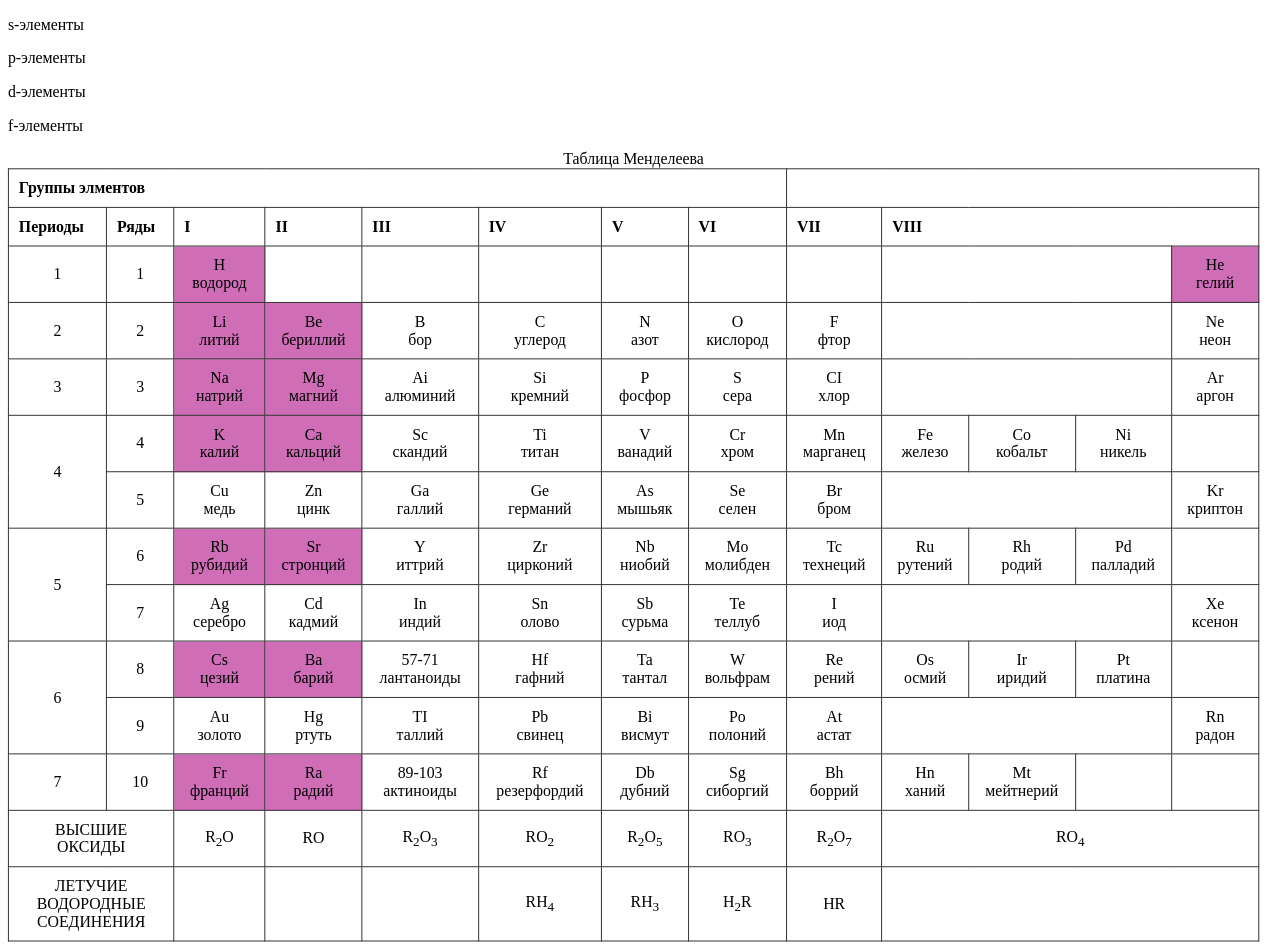
Repository: sannikovcode/exercises-a1
Page: JS/websites/01-periodic table/index.html
These files come from the project's save history. The page is drawn as it stood at one moment and after the next save; the edit follows.
The browser window is 1280 px wide. The pictures show the whole page, at 99% of full size.

Above is the page before, as saved 2025-10-18 14:56:57.

After the next save:
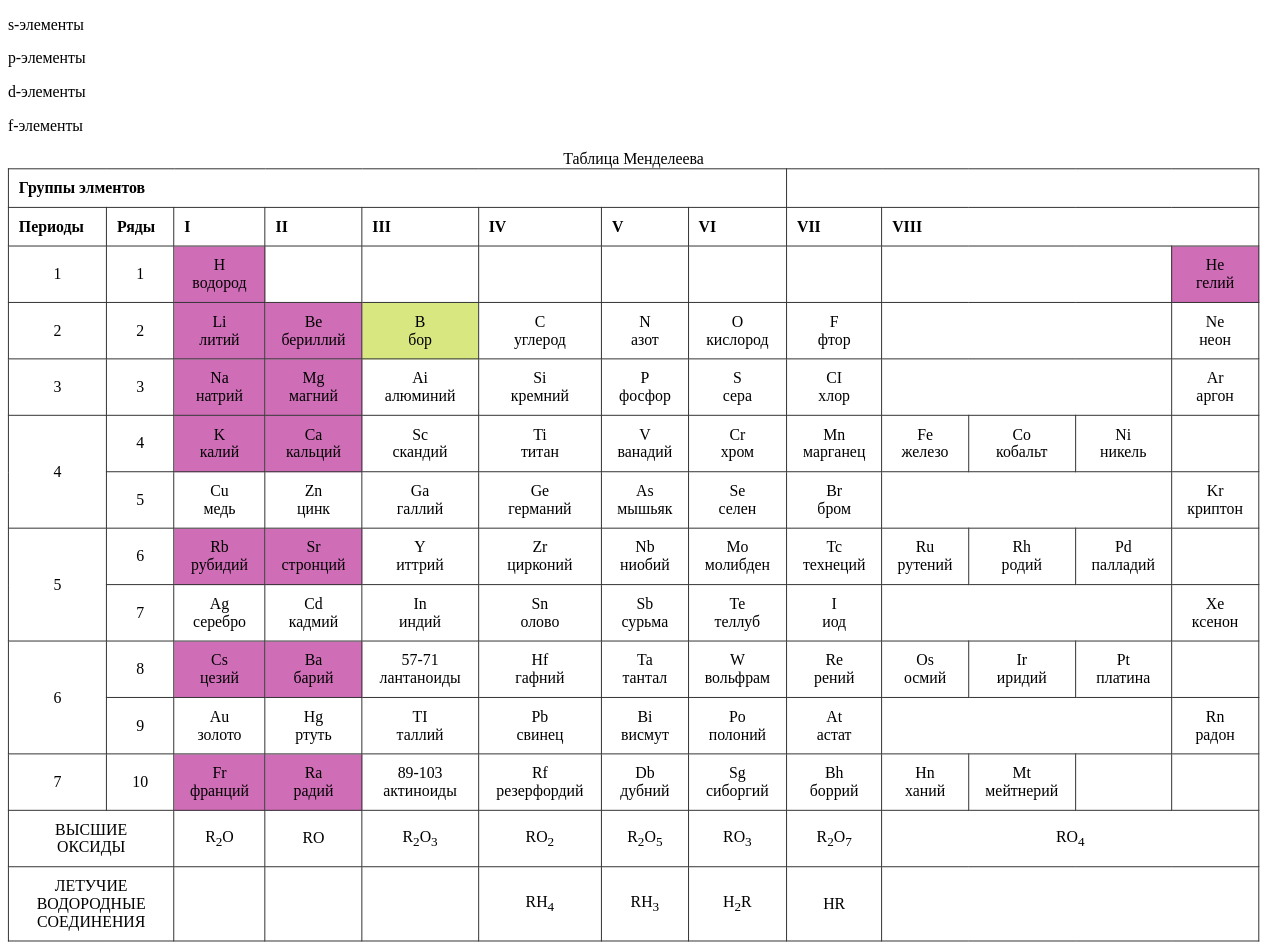
Saved 31 s later.
--- a/JS/websites/01-periodic table/index.html
+++ b/JS/websites/01-periodic table/index.html
@@ -49,7 +49,7 @@
                 <td>2</td>
                 <td id="s">Li<br>литий</td>
                 <td id="s">Be<br>бериллий</td>
-                <td>B<br>бор</td>
+                <td id="p">B<br>бор</td>
                 <td>C<br>углерод</td>
                 <td>N<br>азот</td>
                 <td>O<br>кислород</td>
